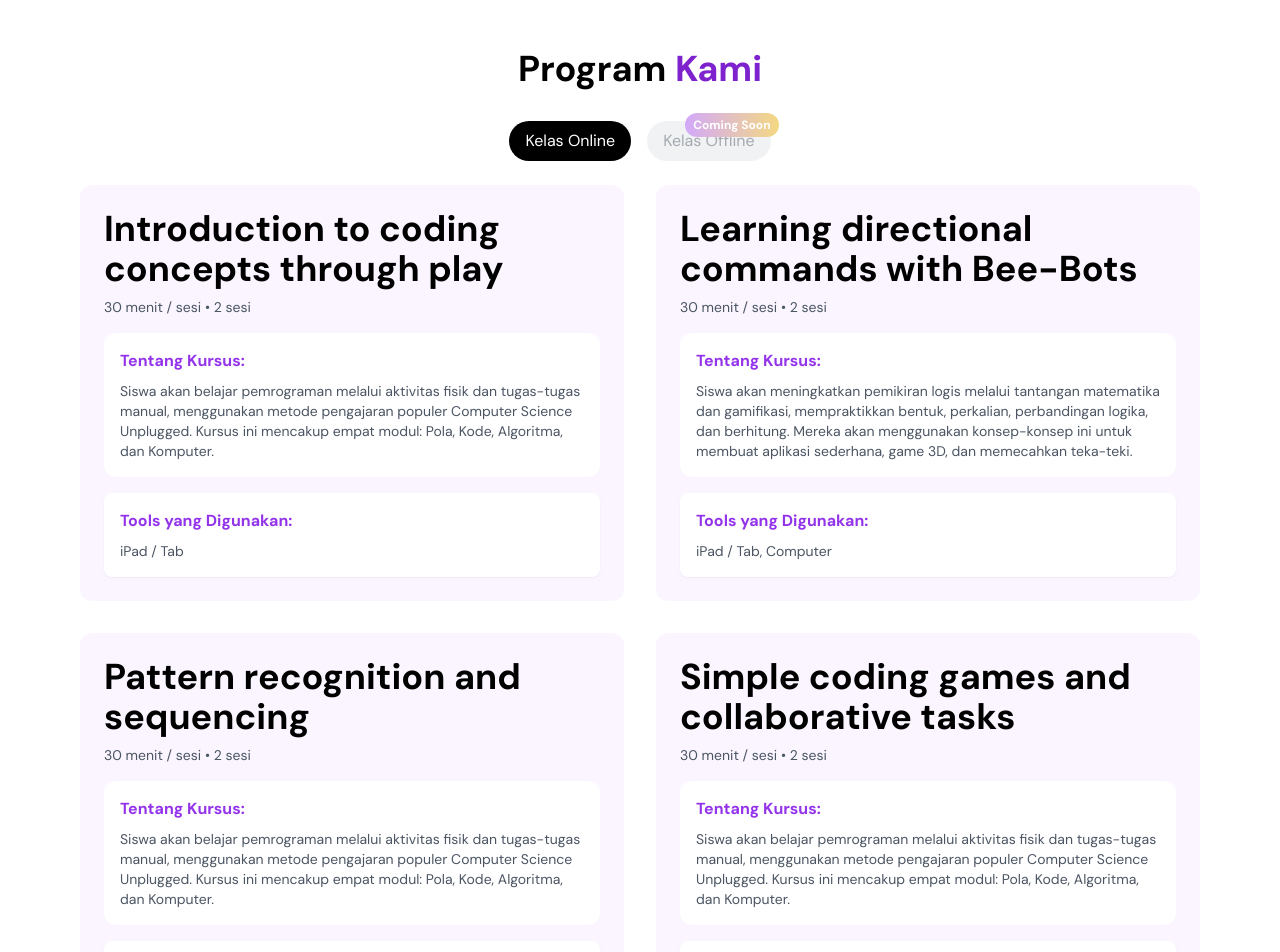
Repository: paskasiregar/ttccomweb
Page: /track/basic-programming
An editor plug-in stored every save of this project. The page is shown before and after the next save, followed by the edit.
The browser window is 1280 px wide. The pictures show the part of the page from y = 2066 to 3018 px (the page is 3147 px tall).
The project was rebuilt for these pictures with package versions that can differ from the ones it lists, and the page was loaded fresh each time. The framework's server and built-in components were replaced by stand-ins that run in the browser. Also part of the build but not shown: next.config.js, next.config.mjs.

Above is the page before, as saved 2024-11-16 23:32:52.

After the next save:
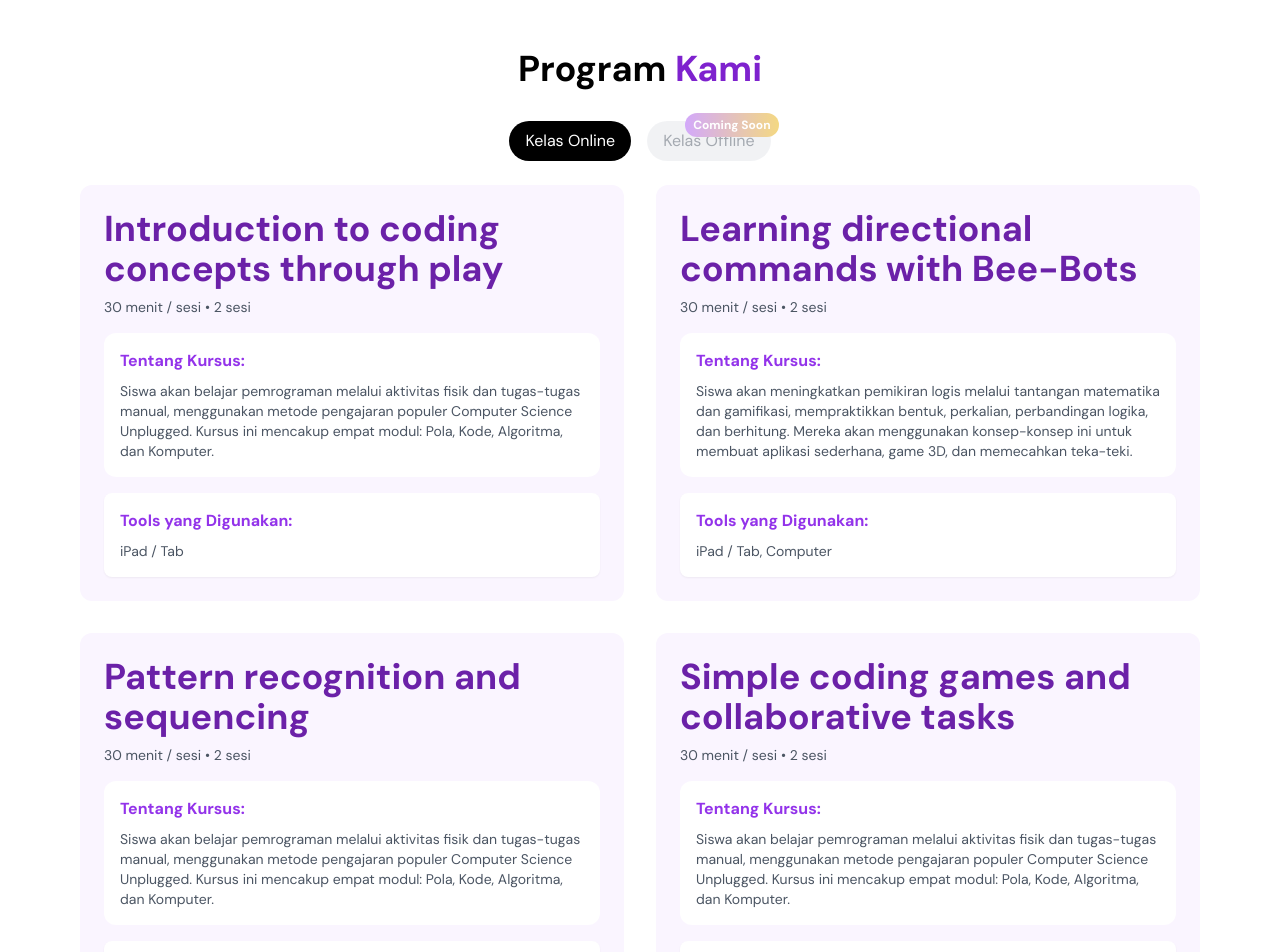
Saved 6 s later.
--- a/src/components/classCard.jsx
+++ b/src/components/classCard.jsx
@@ -5,7 +5,7 @@ function ClassCard({ title, duration, sessions, description, tools }) {
   return (
     <div className="bg-purple-50 rounded-xl p-6">
       {/* Title */}
-      <h3 className="text-4xl font-bold text-black mb-2">{title}</h3>
+      <h3 className="text-4xl font-bold text-purple-800 mb-2">{title}</h3>
 
       {/* Duration and Sessions */}
       <p className="text-gray-600 text-sm mb-4">
